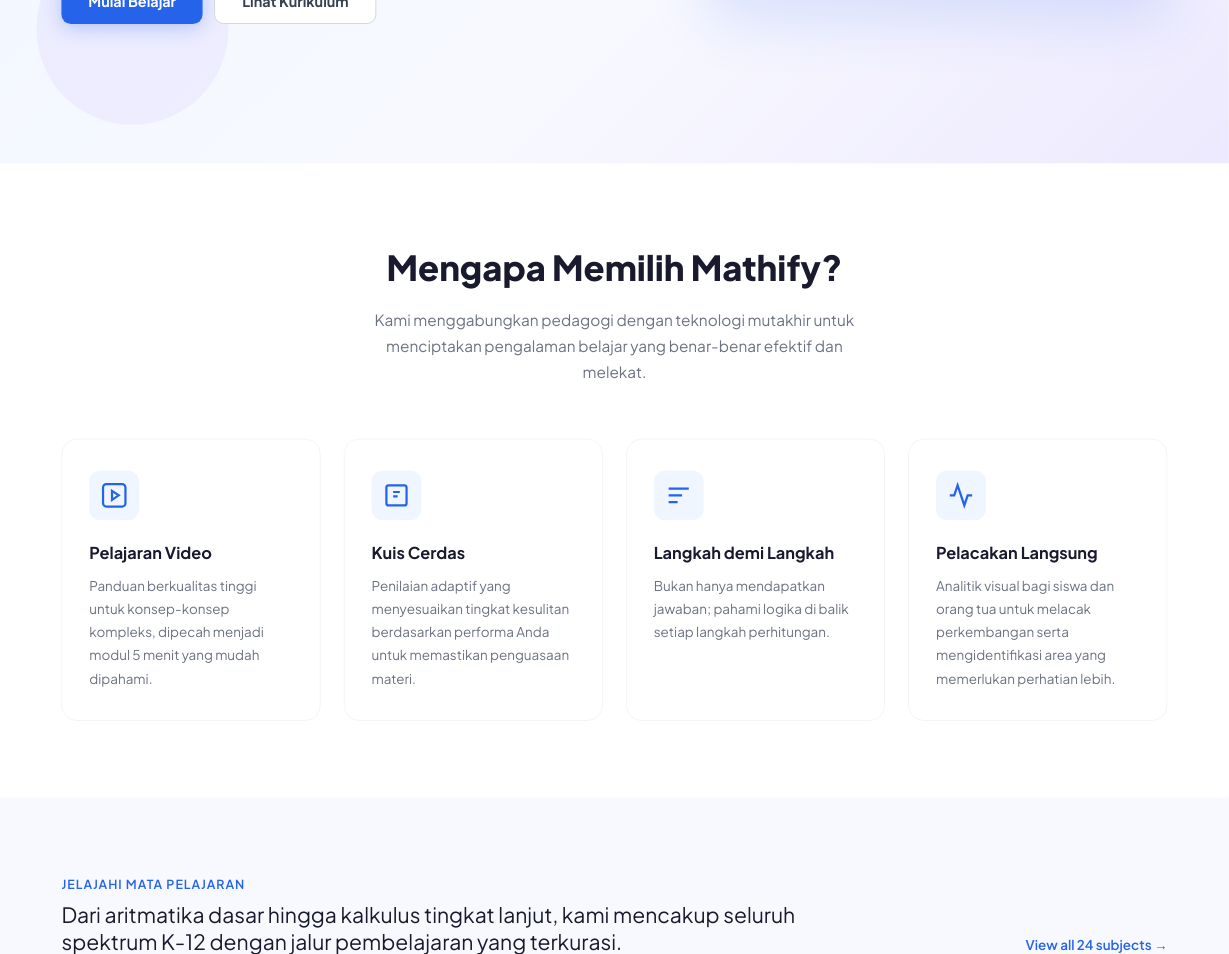
Repository: AdityaRevangga/Mathify
Page: / (app in frontend/)
An editor plug-in stored every save of this project. The page is shown before and after a run of saves, followed by the edit.
The browser window is 1280 px wide. The pictures show the part of the page from y = 550 to 1544 px (the page is 2674 px tall before and 2632 px after), at 96% of full size.
Pictures or frames that could not be fetched are drawn as grey boxes. The page's requests for data from a server got no answer. The project was rebuilt for these pictures with package versions that can differ from the ones it lists, and the page was loaded fresh each time. No one was signed in, and anything a server would have sent is missing. Also part of the build but not shown: frontend/vite.config.js, frontend/src/index.css, frontend/src/hooks/useAuth.js, frontend/src/router/ProtectedRoute.jsx, frontend/src/components/Sidebar.jsx, frontend/src/components/Topbar.jsx, frontend/src/layouts/DashboardLayout.jsx, frontend/src/layouts/AuthLayout.jsx and 14 more.

Above is the page before, as saved 2026-06-02 14:28:54.

### frontend/index.html
<!doctype html>
<html lang="id">
  <head>
    <meta charset="UTF-8" />
    <link rel="icon" type="image/svg+xml" href="/favicon.svg" />
    <meta name="viewport" content="width=device-width, initial-scale=1.0" />
    <title>Mathify - Platform Belajar Matematika Interaktif</title>
    <!-- Plus Jakarta Sans Font -->
    <link rel="preconnect" href="https://fonts.googleapis.com">
    <link rel="preconnect" href="https://fonts.gstatic.com" crossorigin>
    <link href="https://fonts.googleapis.com/css2?family=Plus+Jakarta+Sans:wght@400;500;600;700;800&display=swap" rel="stylesheet">
  </head>
  <body>
    <div id="root"></div>
    <script type="module" src="/src/main.jsx"></script>
  </body>
</html>

### frontend/src/App.jsx
import React, { useEffect } from 'react';
import { BrowserRouter } from 'react-router-dom';
import { AuthProvider } from './context/AuthContext';
import AppRouter from './router/AppRouter';
import './styles/shared.css'; // Global core variables and core classes

function App() {
  useEffect(() => {
    const savedTheme = localStorage.getItem('theme');
    if (savedTheme === 'dark') {
      document.body.classList.add('dark-mode');
    } else {
      document.body.classList.remove('dark-mode');
    }
  }, []);

  return (
    <AuthProvider>
      <BrowserRouter>
        <AppRouter />
      </BrowserRouter>
    </AuthProvider>
  );
}

export default App;

### frontend/src/pages/LandingPage.jsx
import React, { useState, useEffect } from 'react';
import { useNavigate } from 'react-router-dom';

const LandingPage = () => {
  const navigate = useNavigate();
  const [scrolled, setScrolled] = useState(false);

  useEffect(() => {
    const handleScroll = () => setScrolled(window.scrollY > 20);
    window.addEventListener('scroll', handleScroll);
    return () => window.removeEventListener('scroll', handleScroll);
  }, []);

  const subjects = [
    { title: 'Bilangan', lessons: 11, color: '#FF6B35', image: 'https://images.unsplash.com/photo-1596495578065-6e0763fa1178?w=400&q=80' },
    { title: 'Aljabar dan Fungsi', lessons: 21, color: '#1A1A2E', image: 'https://images.unsplash.com/photo-1509228627152-72ae9ae6848d?w=400&q=80' },
    { title: 'Trigonometry', lessons: 76, color: '#E91E8C', image: 'https://images.unsplash.com/photo-1635070041078-e363dbe005cb?w=400&q=80' },
    { title: 'Geometry', lessons: 19, color: '#2D2D2D', image: 'https://images.unsplash.com/photo-1558618666-fcd25c85cd64?w=400&q=80' },
  ];

  const features = [
    {
      icon: (
        <svg width="28" height="28" fill="none" stroke="currentColor" strokeWidth="2" viewBox="0 0 24 24">
          <rect x="2" y="2" width="20" height="20" rx="3" /><polygon points="10,8 16,12 10,16" />
        </svg>
      ),
      title: 'Pelajaran Video',
      desc: 'Panduan berkualitas tinggi untuk konsep-konsep kompleks, dipecah menjadi modul 5 menit yang mudah dipahami.',
    },
    {
      icon: (
        <svg width="28" height="28" fill="none" stroke="currentColor" strokeWidth="2" viewBox="0 0 24 24">
          <rect x="3" y="3" width="18" height="18" rx="2" /><path d="M9 9h6M9 13h4" />
        </svg>
      ),
      title: 'Kuis Cerdas',
      desc: 'Penilaian adaptif yang menyesuaikan tingkat kesulitan berdasarkan performa Anda untuk memastikan penguasaan materi.',
    },
    {
      icon: (
        <svg width="28" height="28" fill="none" stroke="currentColor" strokeWidth="2" viewBox="0 0 24 24">
          <path d="M3 6h18M3 12h12M3 18h8" />
        </svg>
      ),
      title: 'Langkah demi Langkah',
      desc: 'Bukan hanya mendapatkan jawaban; pahami logika di balik setiap langkah perhitungan.',
    },
    {
      icon: (
        <svg width="28" height="28" fill="none" stroke="currentColor" strokeWidth="2" viewBox="0 0 24 24">
          <polyline points="22,12 18,12 15,21 9,3 6,12 2,12" />
        </svg>
      ),
      title: 'Pelacakan Langsung',
      desc: 'Analitik visual bagi siswa dan orang tua untuk melacak perkembangan serta mengidentifikasi area yang memerlukan perhatian lebih.',
    },
  ];

  return (
    <div style={{ fontFamily: "'Plus Jakarta Sans', 'Nunito', sans-serif", backgroundColor: '#F8F9FF', color: '#1A1A2E', overflowX: 'hidden' }}>

      {/* Navbar */}
      <nav style={{
        position: 'fixed', top: 0, left: 0, right: 0, zIndex: 100,
        padding: '0 5%',
        height: 64,
        display: 'flex', alignItems: 'center', justifyContent: 'space-between',
        background: scrolled ? 'rgba(255,255,255,0.95)' : 'transparent',
        backdropFilter: scrolled ? 'blur(12px)' : 'none',
        boxShadow: scrolled ? '0 1px 24px rgba(0,0,0,0.07)' : 'none',
        transition: 'all 0.3s ease',
      }}>
        <span style={{ fontWeight: 800, fontSize: 22, color: '#2563EB', letterSpacing: '-0.5px' }}>Mathify</span>
        <div style={{ display: 'flex', gap: 12, alignItems: 'center' }}>
          <button onClick={() => navigate('/login')} style={{
            padding: '8px 20px', borderRadius: 8, border: '1.5px solid #D1D5DB',
            background: 'white', color: '#374151', fontWeight: 600, fontSize: 14, cursor: 'pointer',
            transition: 'all 0.2s',
          }}
            onMouseEnter={e => { e.target.style.borderColor = '#2563EB'; e.target.style.color = '#2563EB'; }}
            onMouseLeave={e => { e.target.style.borderColor = '#D1D5DB'; e.target.style.color = '#374151'; }}>
            Log In
          </button>
          <button onClick={() => navigate('/register')} style={{
            padding: '8px 20px', borderRadius: 8, border: 'none',
            background: '#2563EB', color: 'white', fontWeight: 600, fontSize: 14, cursor: 'pointer',
            transition: 'all 0.2s',
          }}
            onMouseEnter={e => e.target.style.background = '#1D4ED8'}
            onMouseLeave={e => e.target.style.background = '#2563EB'}>
            Sign Up
          </button>
        </div>
      </nav>

      {/* Hero */}
      <section style={{
        minHeight: '100vh',
        display: 'flex', alignItems: 'center',
        padding: '100px 5% 60px',
        background: 'linear-gradient(135deg, #EFF6FF 0%, #F8F9FF 60%, #EDE9FE 100%)',
        position: 'relative',
        overflow: 'hidden',
      }}>
        {/* decorative circles */}
        <div style={{ position: 'absolute', top: 80, right: '8%', width: 420, height: 420, borderRadius: '50%', background: 'rgba(37,99,235,0.06)', pointerEvents: 'none' }} />
        <div style={{ position: 'absolute', bottom: 40, left: '3%', width: 200, height: 200, borderRadius: '50%', background: 'rgba(139,92,246,0.07)', pointerEvents: 'none' }} />

        <div style={{ display: 'flex', alignItems: 'center', gap: 60, width: '100%', maxWidth: 1200, margin: '0 auto', flexWrap: 'wrap' }}>
          {/* Left */}
          <div style={{ flex: 1, minWidth: 300, animation: 'fadeUp 0.8s ease both' }}>
            <div style={{
              display: 'inline-flex', alignItems: 'center', gap: 8,
              background: '#EFF6FF', border: '1px solid #BFDBFE',
              borderRadius: 100, padding: '6px 16px', marginBottom: 24,
              fontSize: 13, fontWeight: 600, color: '#2563EB',
            }}>
              <span>✦</span> Merevolusi Pendidikan Matematika K-12
            </div>
            <h1 style={{ fontSize: 'clamp(36px, 4vw, 56px)', fontWeight: 800, lineHeight: 1.15, marginBottom: 20, letterSpacing: '-1px' }}>
              Kuasai Matematika<br />bersama{' '}
              <span style={{ color: '#2563EB' }}>Mathify</span>
            </h1>
            <p style={{ fontSize: 16, color: '#6B7280', lineHeight: 1.7, marginBottom: 36, maxWidth: 460 }}>
              Buka potensi Anda dengan pelajaran interaktif, latihan berbasis AI yang dipersonalisasi, dan kurikulum yang dirancang untuk mengubah kecemasan terhadap matematika menjadi penguasaan matematika.
            </p>
            <div style={{ display: 'flex', gap: 12, flexWrap: 'wrap' }}>
              <button onClick={() => navigate('/register')} style={{
                padding: '14px 28px', borderRadius: 10, border: 'none',
                background: '#2563EB', color: 'white', fontWeight: 700, fontSize: 15, cursor: 'pointer',
                boxShadow: '0 4px 20px rgba(37,99,235,0.3)',
                transition: 'all 0.2s',
              }}
                onMouseEnter={e => { e.target.style.background = '#1D4ED8'; e.target.style.transform = 'translateY(-2px)'; }}
                onMouseLeave={e => { e.target.style.background = '#2563EB'; e.target.style.transform = 'none'; }}>
                Mulai Belajar
              </button>
              <button style={{
                padding: '14px 28px', borderRadius: 10,
                border: '1.5px solid #D1D5DB', background: 'white',
                color: '#374151', fontWeight: 700, fontSize: 15, cursor: 'pointer',
                transition: 'all 0.2s',
              }}
                onMouseEnter={e => { e.target.style.borderColor = '#2563EB'; e.target.style.color = '#2563EB'; }}
                onMouseLeave={e => { e.target.style.borderColor = '#D1D5DB'; e.target.style.color = '#374151'; }}>
                Lihat Kurikulum
              </button>
            </div>
          </div>

          {/* Right image */}
          <div style={{ flex: 1, minWidth: 280, display: 'flex', justifyContent: 'flex-end' }}>
            <div style={{
              width: '100%', maxWidth: 480, height: 340,
              borderRadius: 20, overflow: 'hidden',
              boxShadow: '0 20px 60px rgba(37,99,235,0.15)',
            }}>
              <img
                src="https://images.unsplash.com/photo-1596495578065-6e0763fa1178?w=800&q=80"
                alt="Math tools"
                style={{ width: '100%', height: '100%', objectFit: 'cover' }}
              />
            </div>
          </div>
        </div>
      </section>

      {/* Why Mathify */}
      <section style={{ padding: '80px 5%', background: 'white' }}>
        <div style={{ maxWidth: 1200, margin: '0 auto' }}>
          <div style={{ textAlign: 'center', marginBottom: 56 }}>
            <h2 style={{ fontSize: 'clamp(24px, 3vw, 36px)', fontWeight: 800, marginBottom: 12 }}>Mengapa Memilih Mathify?</h2>
            <p style={{ color: '#6B7280', fontSize: 16, maxWidth: 520, margin: '0 auto', lineHeight: 1.7 }}>
              Kami menggabungkan pedagogi dengan teknologi mutakhir untuk menciptakan pengalaman belajar yang benar-benar efektif dan melekat.
            </p>
          </div>
          <div style={{ display: 'grid', gridTemplateColumns: 'repeat(auto-fit, minmax(240px, 1fr))', gap: 24 }}>
            {features.map((f, i) => (
              <div key={i} style={{
                padding: '32px 28px', borderRadius: 16,
                border: '1.5px solid #F3F4F6',
                background: 'white',
                transition: 'all 0.25s',
                cursor: 'default',
              }}
                onMouseEnter={e => {
                  e.currentTarget.style.borderColor = '#BFDBFE';
                  e.currentTarget.style.boxShadow = '0 8px 32px rgba(37,99,235,0.1)';
                  e.currentTarget.style.transform = 'translateY(-4px)';
                }}
                onMouseLeave={e => {
                  e.currentTarget.style.borderColor = '#F3F4F6';
                  e.currentTarget.style.boxShadow = 'none';
                  e.currentTarget.style.transform = 'none';
                }}>
                <div style={{
                  width: 52, height: 52, borderRadius: 12,
                  background: '#EFF6FF', color: '#2563EB',
                  display: 'flex', alignItems: 'center', justifyContent: 'center',
                  marginBottom: 20,
                }}>
                  {f.icon}
                </div>
                <h3 style={{ fontWeight: 700, fontSize: 17, marginBottom: 10 }}>{f.title}</h3>
                <p style={{ color: '#6B7280', fontSize: 14, lineHeight: 1.7 }}>{f.desc}</p>
              </div>
            ))}
          </div>
        </div>
      </section>

      {/* Subjects */}
      <section style={{ padding: '80px 5%', background: '#F8F9FF' }}>
        <div style={{ maxWidth: 1200, margin: '0 auto' }}>
          <div style={{ display: 'flex', justifyContent: 'space-between', alignItems: 'flex-end', marginBottom: 40, flexWrap: 'wrap', gap: 16 }}>
            <div>
              <p style={{ fontSize: 13, fontWeight: 600, color: '#2563EB', marginBottom: 6, textTransform: 'uppercase', letterSpacing: 1 }}>Jelajahi Mata Pelajaran</p>
              <h2 style={{ fontSize: 'clamp(12px, 3vw, 22px)', fontWeight: 300, lineHeight: 1.3, maxWidth: 800 }}>
                Dari aritmatika dasar hingga kalkulus tingkat lanjut, kami mencakup seluruh spektrum K-12 dengan jalur pembelajaran yang terkurasi.
              </h2>
            </div>
            <a href="#" style={{ color: '#2563EB', fontWeight: 600, fontSize: 14, textDecoration: 'none', whiteSpace: 'nowrap' }}>
              View all 24 subjects →
            </a>
          </div>

          <div style={{ display: 'grid', gridTemplateColumns: 'repeat(auto-fit, minmax(220px, 1fr))', gap: 20 }}>
            {subjects.map((s, i) => (
              <div key={i} style={{
                borderRadius: 16, overflow: 'hidden', position: 'relative',
                height: 280, cursor: 'pointer',
                boxShadow: '0 4px 20px rgba(0,0,0,0.1)',
                transition: 'transform 0.25s, box-shadow 0.25s',
              }}
                onMouseEnter={e => { e.currentTarget.style.transform = 'translateY(-6px)'; e.currentTarget.style.boxShadow = '0 12px 40px rgba(0,0,0,0.18)'; }}
                onMouseLeave={e => { e.currentTarget.style.transform = 'none'; e.currentTarget.style.boxShadow = '0 4px 20px rgba(0,0,0,0.1)'; }}>
                <img src={s.image} alt={s.title} style={{ width: '100%', height: '100%', objectFit: 'cover' }} />
                <div style={{
                  position: 'absolute', inset: 0,
                  background: `linear-gradient(to top, rgba(0,0,0,0.75) 0%, rgba(0,0,0,0.1) 60%)`,
                }} />
                <div style={{ position: 'absolute', bottom: 0, left: 0, right: 0, padding: '20px 20px 16px' }}>
                  <h3 style={{ color: 'white', fontWeight: 700, fontSize: 18, marginBottom: 6 }}>{s.title}</h3>
                  <div style={{ display: 'flex', alignItems: 'center', justifyContent: 'space-between' }}>
                    <span style={{ color: 'rgba(255,255,255,0.8)', fontSize: 13 }}>{s.lessons} Lessons</span>
                    <div style={{
                      width: 28, height: 28, borderRadius: '50%',
                      background: 'rgba(255,255,255,0.2)', backdropFilter: 'blur(4px)',
                      display: 'flex', alignItems: 'center', justifyContent: 'center',
                      color: 'white', fontSize: 14,
                    }}>→</div>
                  </div>
                </div>
              </div>
            ))}
          </div>
        </div>
      </section>

      {/* CTA Banner */}
      <section style={{
        padding: '72px 5%',
        background: 'linear-gradient(135deg, #2563EB, #7C3AED)',
        textAlign: 'center',
      }}>
        <h2 style={{ color: 'white', fontSize: 'clamp(24px, 3vw, 40px)', fontWeight: 800, marginBottom: 16 }}>
          Siap untuk Mulai Belajar?
        </h2>
        <p style={{ color: 'rgba(255,255,255,0.8)', fontSize: 16, marginBottom: 32, maxWidth: 480, margin: '0 auto 32px' }}>
          Bergabunglah dengan ribuan siswa yang sudah menguasai matematika bersama Mathify.
        </p>
        <button onClick={() => navigate('/register')} style={{
          padding: '14px 36px', borderRadius: 10,
          background: 'white', color: '#2563EB',
          fontWeight: 700, fontSize: 16, border: 'none', cursor: 'pointer',
          boxShadow: '0 4px 24px rgba(0,0,0,0.15)',
          transition: 'all 0.2s',
        }}
          onMouseEnter={e => { e.target.style.transform = 'translateY(-2px)'; e.target.style.boxShadow = '0 8px 32px rgba(0,0,0,0.2)'; }}
          onMouseLeave={e => { e.target.style.transform = 'none'; e.target.style.boxShadow = '0 4px 24px rgba(0,0,0,0.15)'; }}>
          Daftar Gratis Sekarang
        </button>
      </section>

      {/* Footer */}
      <footer style={{ background: '#0F172A', color: 'white', padding: '60px 5% 32px' }}>
        <div style={{ maxWidth: 1200, margin: '0 auto' }}>
          <div style={{ display: 'grid', gridTemplateColumns: 'repeat(auto-fit, minmax(180px, 1fr))', gap: 40, marginBottom: 48 }}>
            <div>
              <h3 style={{ fontWeight: 800, fontSize: 20, color: '#60A5FA', marginBottom: 12 }}>Mathify</h3>
              <p style={{ color: '#94A3B8', fontSize: 14, lineHeight: 1.7 }}>
                Empowering the next generation of mathematicians through accessible, engaging, and highly effective digital education.
              </p>
              <div style={{ display: 'flex', gap: 12, marginTop: 16 }}>
                {['🌐', '✉️', '▶️'].map((icon, i) => (
                  <div key={i} style={{
                    width: 34, height: 34, borderRadius: 8,
                    background: 'rgba(255,255,255,0.08)',
                    display: 'flex', alignItems: 'center', justifyContent: 'center',
                    fontSize: 16, cursor: 'pointer',
                  }}>{icon}</div>
                ))}
              </div>
            </div>
            <div>
              <h4 style={{ fontWeight: 700, fontSize: 13, textTransform: 'uppercase', letterSpacing: 1, color: '#94A3B8', marginBottom: 16 }}>Celerates</h4>
              {['Our Team', 'About', 'Contact'].map(item => (
                <div key={item} style={{ marginBottom: 10 }}>
                  <a href="#" style={{ color: '#CBD5E1', fontSize: 14, textDecoration: 'none' }}>{item}</a>
                </div>
              ))}
            </div>
            <div>
              <h4 style={{ fontWeight: 700, fontSize: 13, textTransform: 'uppercase', letterSpacing: 1, color: '#94A3B8', marginBottom: 16 }}>Learning</h4>
              {['All Courses', 'Smart Quizzes', 'Video Library', 'Study Planner'].map(item => (
                <div key={item} style={{ marginBottom: 10 }}>
                  <a href="#" style={{ color: '#CBD5E1', fontSize: 14, textDecoration: 'none' }}>{item}</a>
                </div>
              ))}
            </div>
            <div>
              <h4 style={{ fontWeight: 700, fontSize: 13, textTransform: 'uppercase', letterSpacing: 1, color: '#94A3B8', marginBottom: 16 }}>Newsletter</h4>
              <p style={{ color: '#94A3B8', fontSize: 14, marginBottom: 14 }}>Get the latest math tips and course updates.</p>
              <div style={{ display: 'flex', gap: 8 }}>
                <input placeholder="Your email address" style={{
                  flex: 1, padding: '10px 14px', borderRadius: 8,
                  border: '1px solid rgba(255,255,255,0.1)',
                  background: 'rgba(255,255,255,0.07)', color: 'white',
                  fontSize: 14, outline: 'none',
                }} />
                <button style={{
                  padding: '10px 14px', borderRadius: 8, border: 'none',
                  background: '#2563EB', color: 'white', cursor: 'pointer', fontWeight: 700,
                }}>→</button>
              </div>
            </div>
          </div>
          <div style={{ borderTop: '1px solid rgba(255,255,255,0.08)', paddingTop: 24, display: 'flex', justifyContent: 'space-between', flexWrap: 'wrap', gap: 12 }}>
            <p style={{ color: '#64748B', fontSize: 13 }}>© 2026 Mathify Academy. All rights reserved.</p>
            <div style={{ display: 'flex', gap: 24 }}>
              {['Privacy Policy', 'Terms of Service', 'Cookies'].map(item => (
                <a key={item} href="#" style={{ color: '#64748B', fontSize: 13, textDecoration: 'none' }}>{item}</a>
              ))}
            </div>
          </div>
        </div>
      </footer>

      <style>{`
        @import url('https://fonts.googleapis.com/css2?family=Plus+Jakarta+Sans:wght@400;500;600;700;800&display=swap');
        * { margin: 0; padding: 0; box-sizing: border-box; }
        @keyframes fadeUp {
          from { opacity: 0; transform: translateY(30px); }
          to { opacity: 1; transform: translateY(0); }
        }
      `}</style>
    </div>
  );
};

export default LandingPage;

Loaded but not shown: frontend/src/main.jsx (common file); frontend/src/services/api.js (163 lines, source omitted); frontend/src/styles/quiz-list.css (729 lines, source omitted); frontend/src/styles/profil.css (465 lines, source omitted); frontend/src/styles/dashboard.css (513 lines, source omitted); frontend/src/styles/materi.css (286 lines, source omitted); frontend/src/styles/shared.css (445 lines, source omitted); frontend/src/styles/pengaturan.css (292 lines, source omitted); frontend/src/styles/login.css (354 lines, source omitted); frontend/src/styles/register.css (335 lines, source omitted); frontend/src/context/AuthContext.jsx (111 lines, source omitted); frontend/src/router/AppRouter.jsx (53 lines, source omitted); frontend/src/styles/topik.css (no copy from this time; the picture is the same without it)

After the next 2 saves:
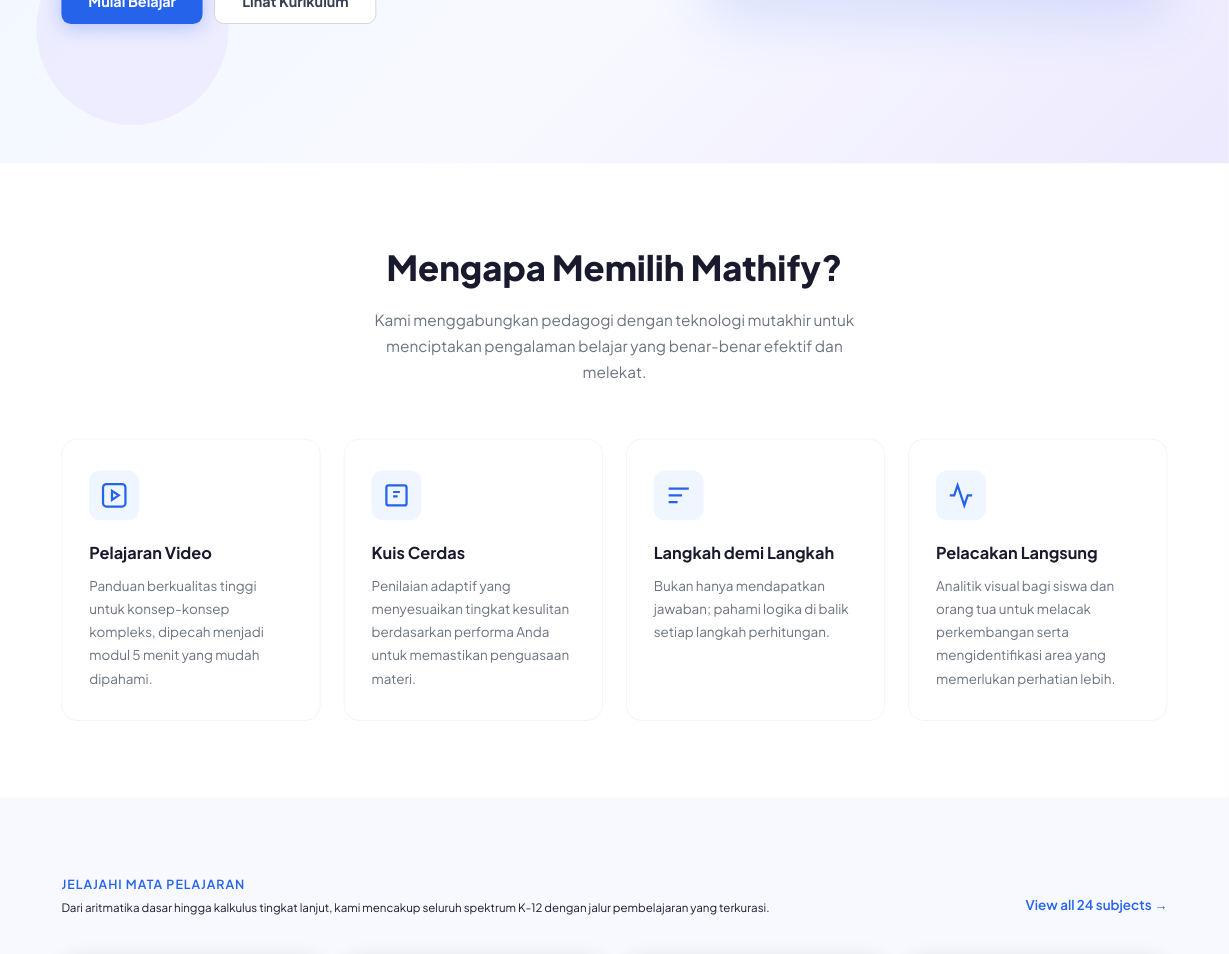
The 2 saves are shown as one change because they came seconds apart.
The last was saved 14 s later.
--- a/frontend/src/pages/LandingPage.jsx
+++ b/frontend/src/pages/LandingPage.jsx
@@ -216,7 +216,7 @@
           <div style={{ display: 'flex', justifyContent: 'space-between', alignItems: 'flex-end', marginBottom: 40, flexWrap: 'wrap', gap: 16 }}>
             <div>
               <p style={{ fontSize: 13, fontWeight: 600, color: '#2563EB', marginBottom: 6, textTransform: 'uppercase', letterSpacing: 1 }}>Jelajahi Mata Pelajaran</p>
-              <h2 style={{ fontSize: 'clamp(12px, 3vw, 22px)', fontWeight: 300, lineHeight: 1.3, maxWidth: 800 }}>
+              <h2 style={{ fontSize: 'clamp(12px, 3vw, 12px)', fontWeight: 300, lineHeight: 1.3, maxWidth: 800 }}>
                 Dari aritmatika dasar hingga kalkulus tingkat lanjut, kami mencakup seluruh spektrum K-12 dengan jalur pembelajaran yang terkurasi.
               </h2>
             </div>
